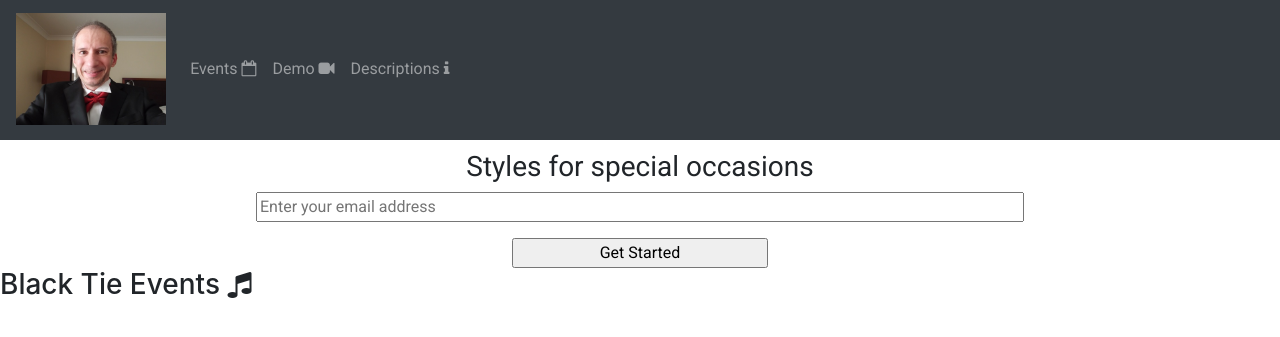
Repository: derektypist/product-landing-page
Page: index.html
The author's editor kept a record of every edit. The page is drawn from the files as they stood at one moment, then again after the next edit.
The browser window is 1280 px wide. The pictures show the whole page.

Above is the page before.
Console error (its wording comes from the project's code and is left out).

After the next edit:
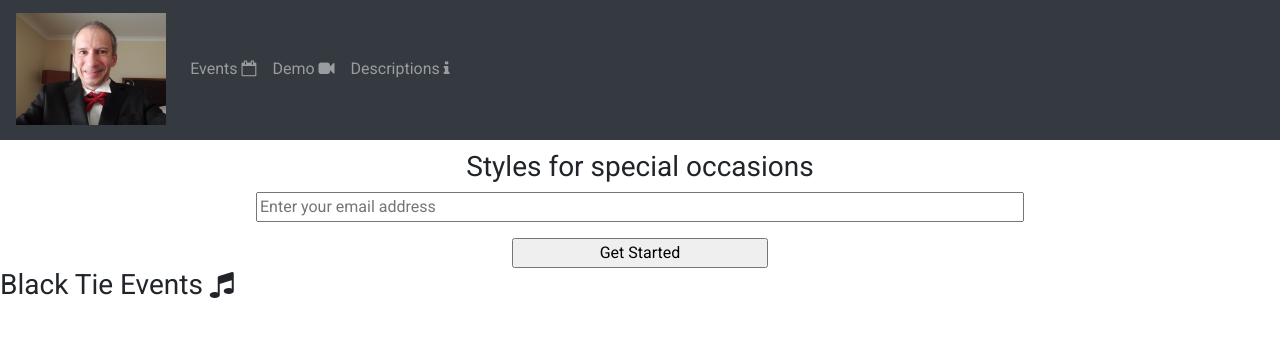
The edit:
--- a/index.html
+++ b/index.html
@@ -86,11 +86,13 @@
             <!-- Set Up Submit Button -->
             <input type="submit" id="submit" value="Get Started" onclick="https://www.freecodecamp.com/email-submit">
         </form>
-        <section id="events"></section>
-        <article>
+        <section id="events">
+            <article>
             <h3>Black Tie Events <i class="fa fa-music" aria-hidden="true"></i></h3>
             <ul></ul>
         </article>
+        </section>
+
         <section id="demo"></section>
         <section id="descriptions"></section>
     </main>
